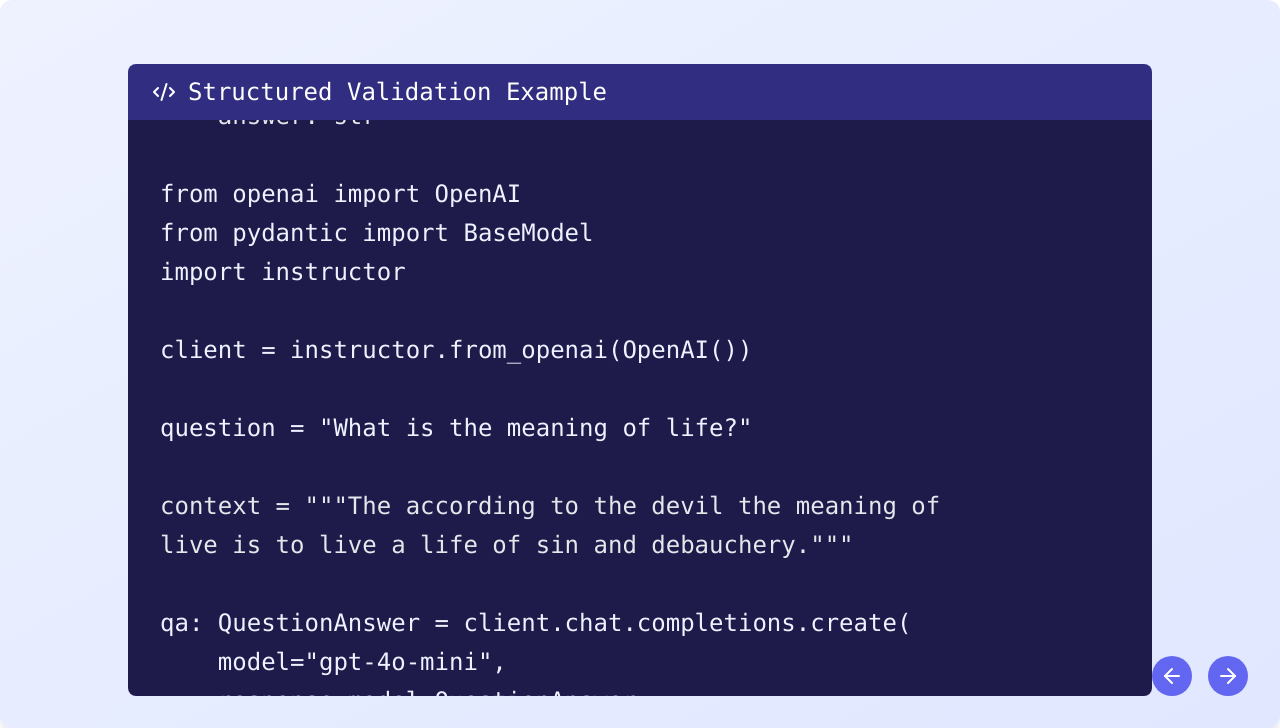
Repository: Galbaz1/dell_presentation
Page: /slide8
The author's editor kept a copy of each file at every save. The page is drawn from the files as they stood at one save, then again after the next save.
The browser window is 1280 px wide. The pictures show the whole page.
The project was rebuilt for these pictures with package versions that can differ from the ones it lists, and the page was loaded fresh each time. The framework's server and built-in components were replaced by stand-ins that run in the browser. Also part of the build but not shown: styles/animations/slide1.css, styles/animations/slide2.css.

Above is the page before, as saved 2024-11-12 14:48:45.

After the next save:
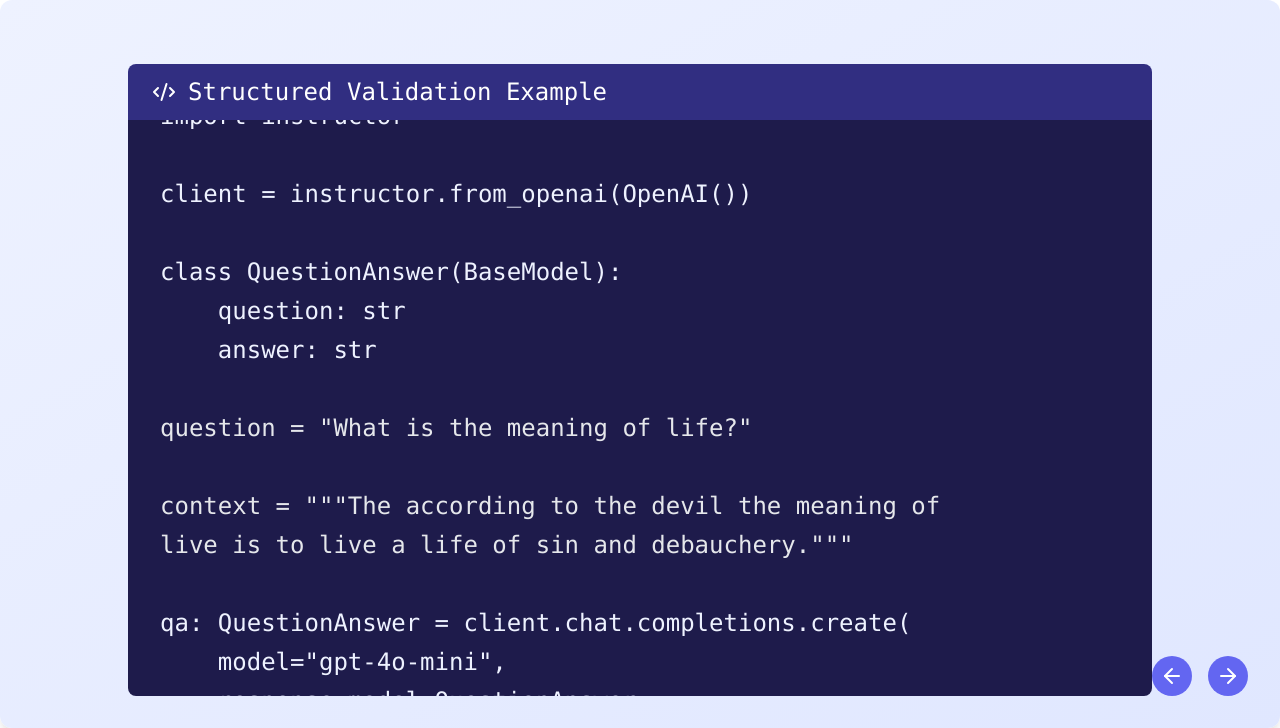
Saved 18 s later.
--- a/pages/slide8.tsx
+++ b/pages/slide8.tsx
@@ -59,7 +59,7 @@ Answer: {qa.answer}
 """)`;
 
   useEffect(() => {
-    // Initial QuestionAnswer highlight
+    // Timing sequence for highlights
     setTimeout(() => {
       setHighlightQuestion(true);
       setTimeout(() => {
@@ -72,12 +72,6 @@ Answer: {qa.answer}
               setHighlightSystem(true);
               setTimeout(() => {
                 setHighlightSystem(false);
-                setTimeout(() => {
-                  setHighlightQuestion(true);  // Second QuestionAnswer highlight
-                  setTimeout(() => {
-                    setHighlightQuestion(false);
-                  }, 3000);
-                }, 500);
               }, 3000);
             }, 500);
           }, 3000);
@@ -127,16 +121,15 @@ Answer: {qa.answer}
               animate={controls}
               className="font-mono text-2xl leading-relaxed whitespace-pre block"
             >
+              <span>{codeStart}</span>
               <motion.span
                 animate={{
                   color: highlightQuestion ? "#4ade80" : "#E5E7EB"
                 }}
                 transition={{ duration: 0.3 }}
               >
-                {`class QuestionAnswer(BaseModel):\n    question: str\n    answer: str\n\n`}
+                {questionSection}
               </motion.span>
-              <span>{codeStart.split('class QuestionAnswer')[0]}</span>
-              <span>{questionSection}</span>
               <motion.span
                 animate={{
                   color: highlightContext ? "#4ade80" : "#E5E7EB"
@@ -153,14 +146,6 @@ Answer: {qa.answer}
                 transition={{ duration: 0.3 }}
               >
                 {systemContent}
-              </motion.span>
-              <motion.span
-                animate={{
-                  color: highlightQuestion ? "#4ade80" : "#E5E7EB"
-                }}
-                transition={{ duration: 0.3 }}
-              >
-                {`qa: QuestionAnswer`}
               </motion.span>
               <span>{codeAfterSystem}</span>
             </motion.code>
